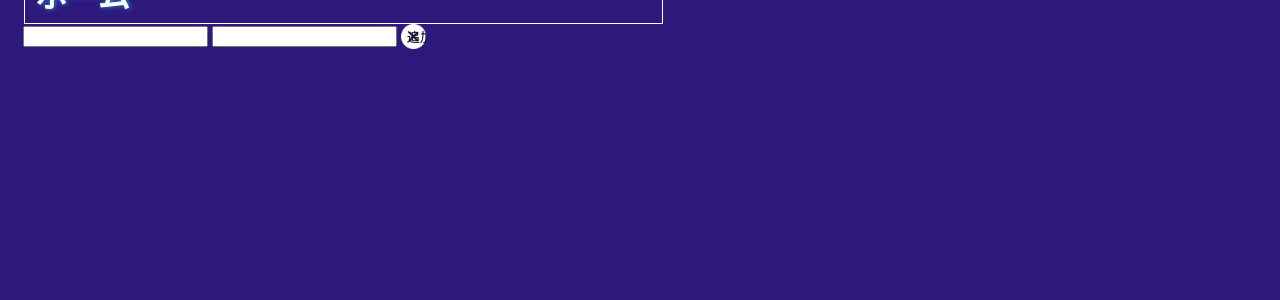
Repository: azuma2/tui2b
Page: http://localhost/
The author's editor kept a copy of each file at every save. The page is drawn from the files as they stood at one save, then again after the next save.
The browser window is 1280 px wide. The pictures show the whole page.
The page is served by the project's Laravel application, run on PHP 8.4 with Laravel 8. Queries for data that is not in the repository find no rows.

Above is the page before, as saved 2022-03-29 02:03:18.

After the next save:
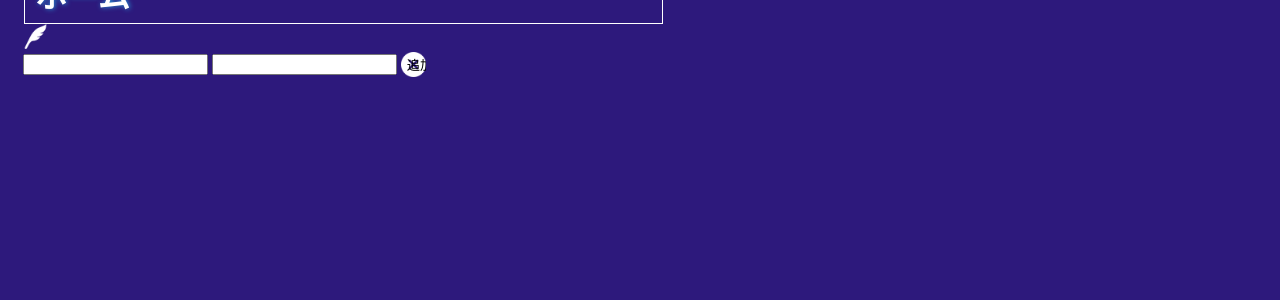
Saved 41 s later.
--- a/resources/views/index.blade.php
+++ b/resources/views/index.blade.php
@@ -110,7 +110,7 @@ font-size:28px;
   <body>
   <div class="container">
     <div class="card">
-      <h1 class="title">ホーム</h1>
+      <h1 class="title">ホーム</h1><a href="{{ url('comment') }}"><img class="icon" src="img/feather.png"></a>
             <div class="tui2">
               @if ($errors->has('content'))
                   <tr>
